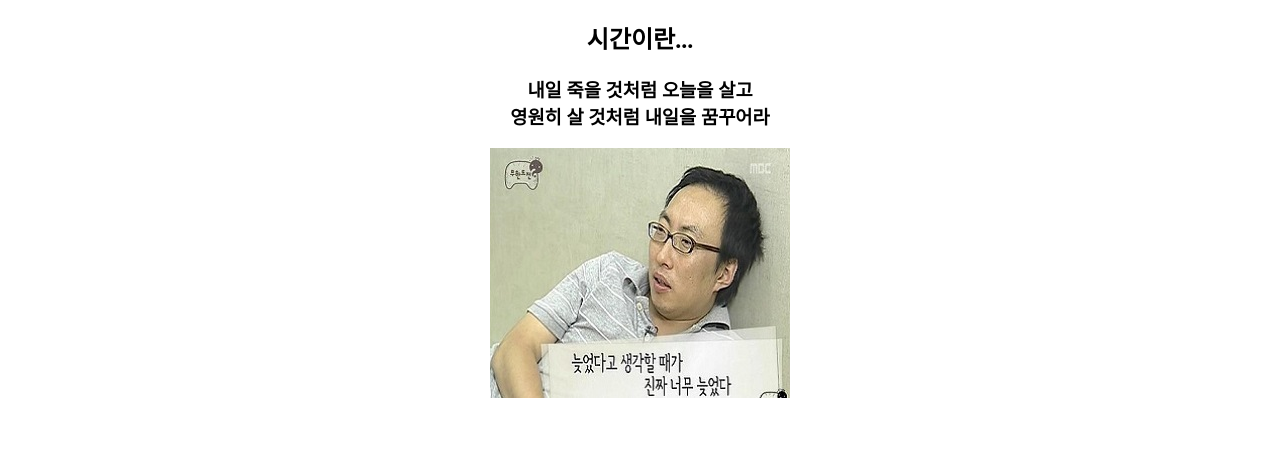
Repository: Kongnamu/JSPworks
Page: http://localhost/jwbook/Time.jsp
The author's editor kept a copy of each file at every save. The page is drawn from the files as they stood at one save, then again after the next save.
The browser window is 1280 px wide. The pictures show the whole page.
The page is served by Tomcat 9. Other server files are loaded and not shown.

Above is the page before, as saved 2023-11-20 03:00:30.

### jwbook/src/main/webapp/Time.jsp
<%@ page language="java" contentType="text/html; charset=UTF-8"
    pageEncoding="UTF-8"%>
<!DOCTYPE html>
<html>
<head>
<meta charset="UTF-8">
<meta name = "viewport" content="width=device=width, initial=sacle=1.0">
<title>시간이란...</title>
<style>
	#wrap{width: 80%; margin: 0 auto; text-align: center;}
</style>
</head>
<body>
	<div id="wrap">
		<h2>시간이란...</h2>
		<h3>내일 죽을 것처럼 오늘을 살고<br>
			영원히 살 것처럼 내일을 꿈꾸어라</h3>
		<div>
			<img src="resource/images/time.jpg" alt="시간">
		</div>
	</div>
</body>
</html>

After the next save:
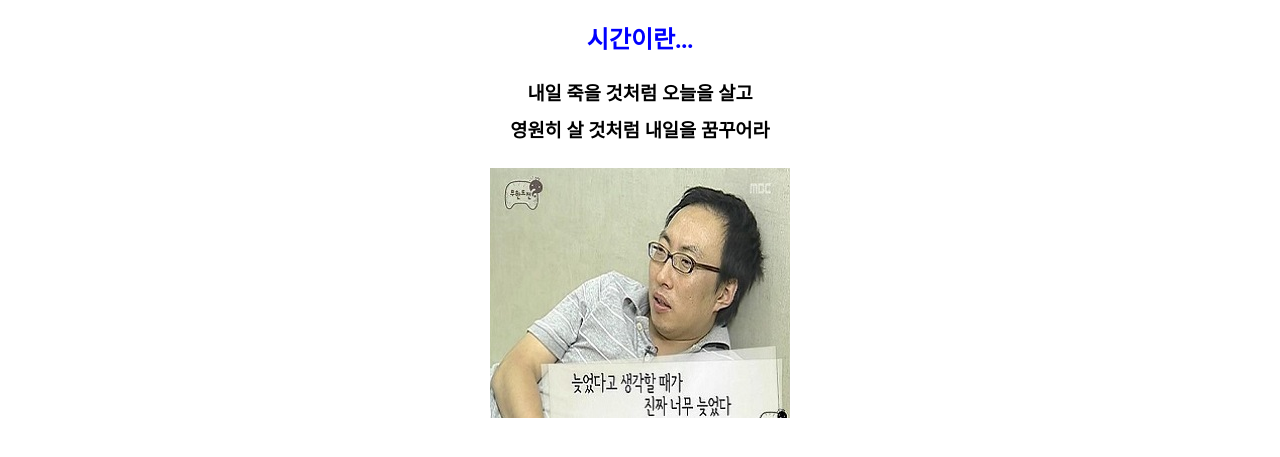
Saved 79 s later.
--- a/jwbook/src/main/webapp/Time.jsp
+++ b/jwbook/src/main/webapp/Time.jsp
@@ -8,6 +8,8 @@
 <title>시간이란...</title>
 <style>
 	#wrap{width: 80%; margin: 0 auto; text-align: center;}
+	h2{color: blue;}
+	h3{line-height: 2;}
 </style>
 </head>
 <body>
